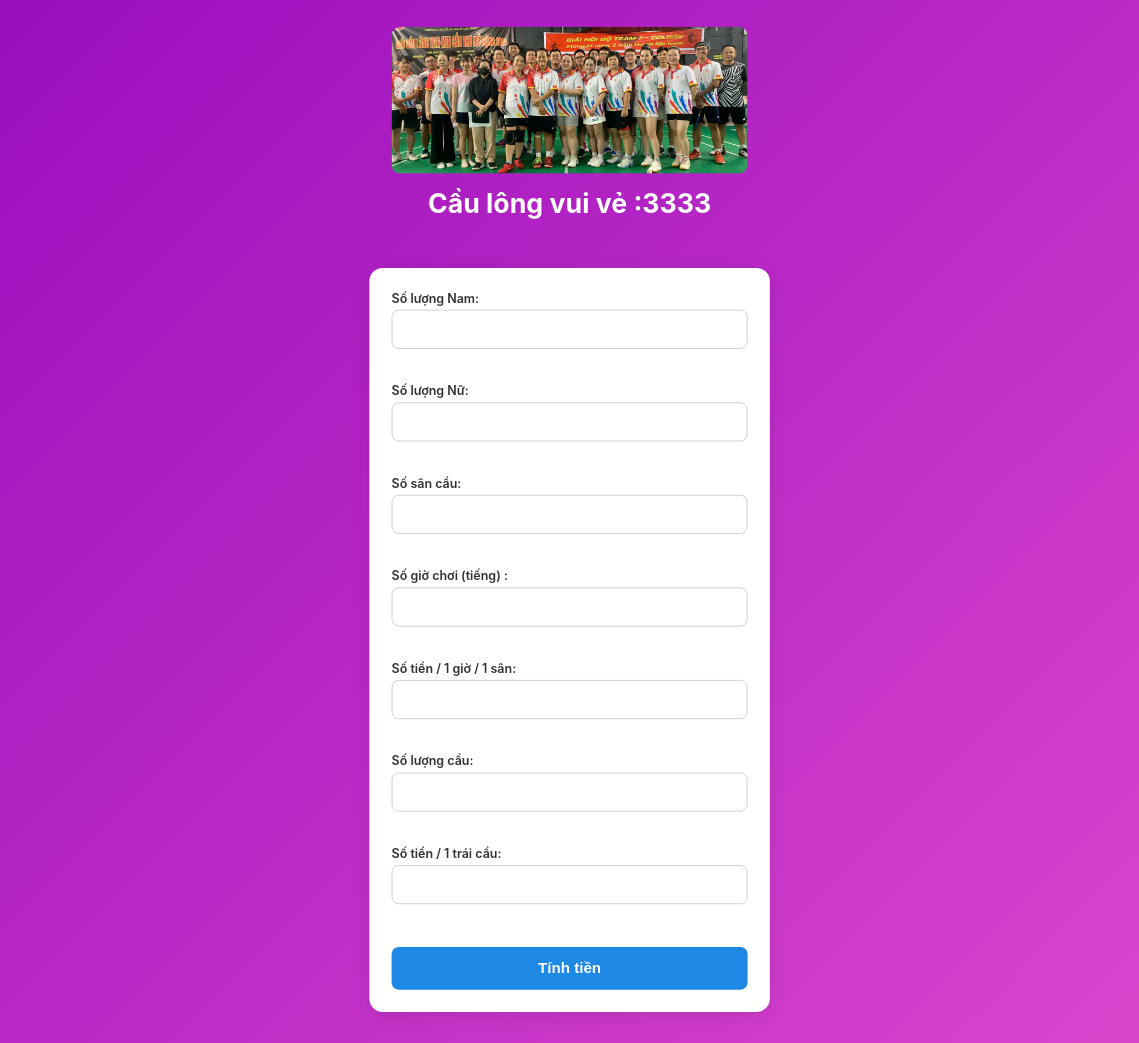
Repository: LuongPTCE181311/Badminton
Page: index.html
The author's editor kept a copy of each file at every save. The page is drawn from the files as they stood at one save, then again after a run of saves.
The browser window is 1280 px wide. The pictures show the whole page, at 89% of full size.

Above is the page before, as saved 2025-12-07 22:27:07.

After the next 2 saves:
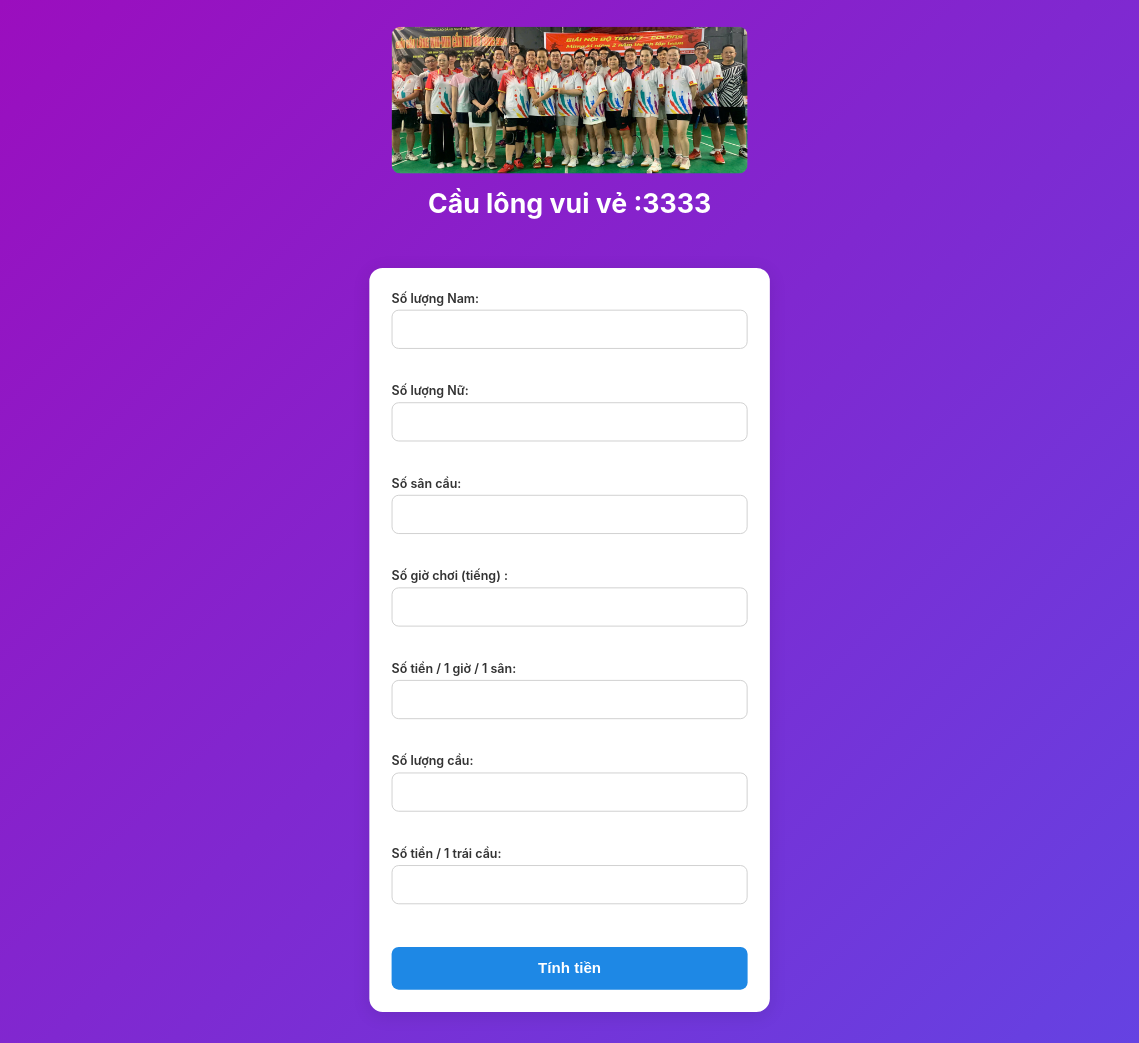
The 2 saves are shown as one change because they came seconds apart.
The last was saved 10 s later.
--- a/assets/css/style.css
+++ b/assets/css/style.css
@@ -7,7 +7,7 @@ body {
   padding: 10px;
   font-family: -apple-system, BlinkMacSystemFont, "Segoe UI", Roboto,
     "Helvetica Neue", Arial, sans-serif;
-  background: linear-gradient(135deg, #9b0ebe 0%, #da45cd 100%);
+  background: linear-gradient(135deg, #9b0ebe 0%, #6542e2 100%);
   min-height: 100vh;
 }
 
